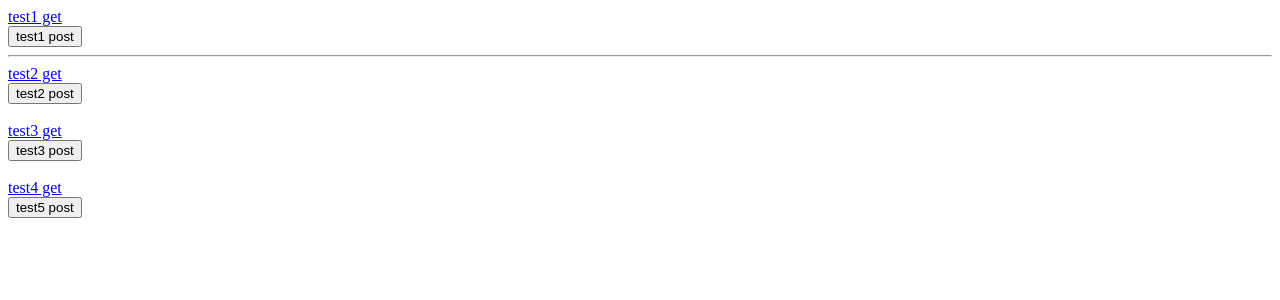
Repository: heojun0827/SpringMvc
Page: http://localhost/RequestMethod/WEB-INF/views/index.jsp
The author's editor kept a copy of each file at every save. The page is drawn from the files as they stood at one save, then again after the next save.
The browser window is 1280 px wide. The pictures show the whole page.
The page is served by Tomcat 9. Nobody is signed in. The template is opened directly, without the code that normally fills it, so the values that code supplies are empty.

Above is the page before, as saved 2023-06-05 05:34:13.

After the next save:
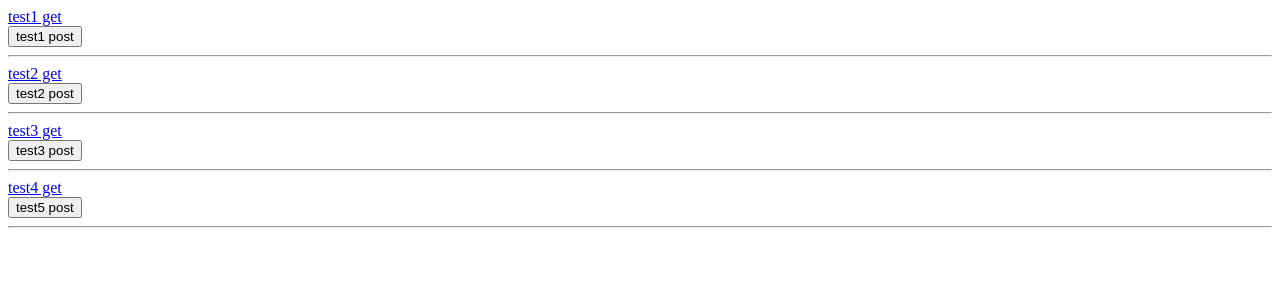
Saved 4 s later.
--- a/RequestMethod/WebContent/WEB-INF/views/index.jsp
+++ b/RequestMethod/WebContent/WEB-INF/views/index.jsp
@@ -15,16 +15,16 @@
 	<a href='test2'>test2 get</a><br>
 		<form action='test2' method='post'>
 		<button type='submit'>test2 post</button>
-	</form><br>
+	</form><hr>
 
 	<a href='test3'>test3 get</a><br>
 		<form action='test3' method='post'>
 		<button type='submit'>test3 post</button>
-	</form><br>
+	</form><hr>
 
 	<a href='test4'>test4 get</a><br>
 		<form action='test5' method='post'>
 			<button type='submit'>test5 post</button>
-		</form><br>
+		</form><hr>
 </body>
 </html>
